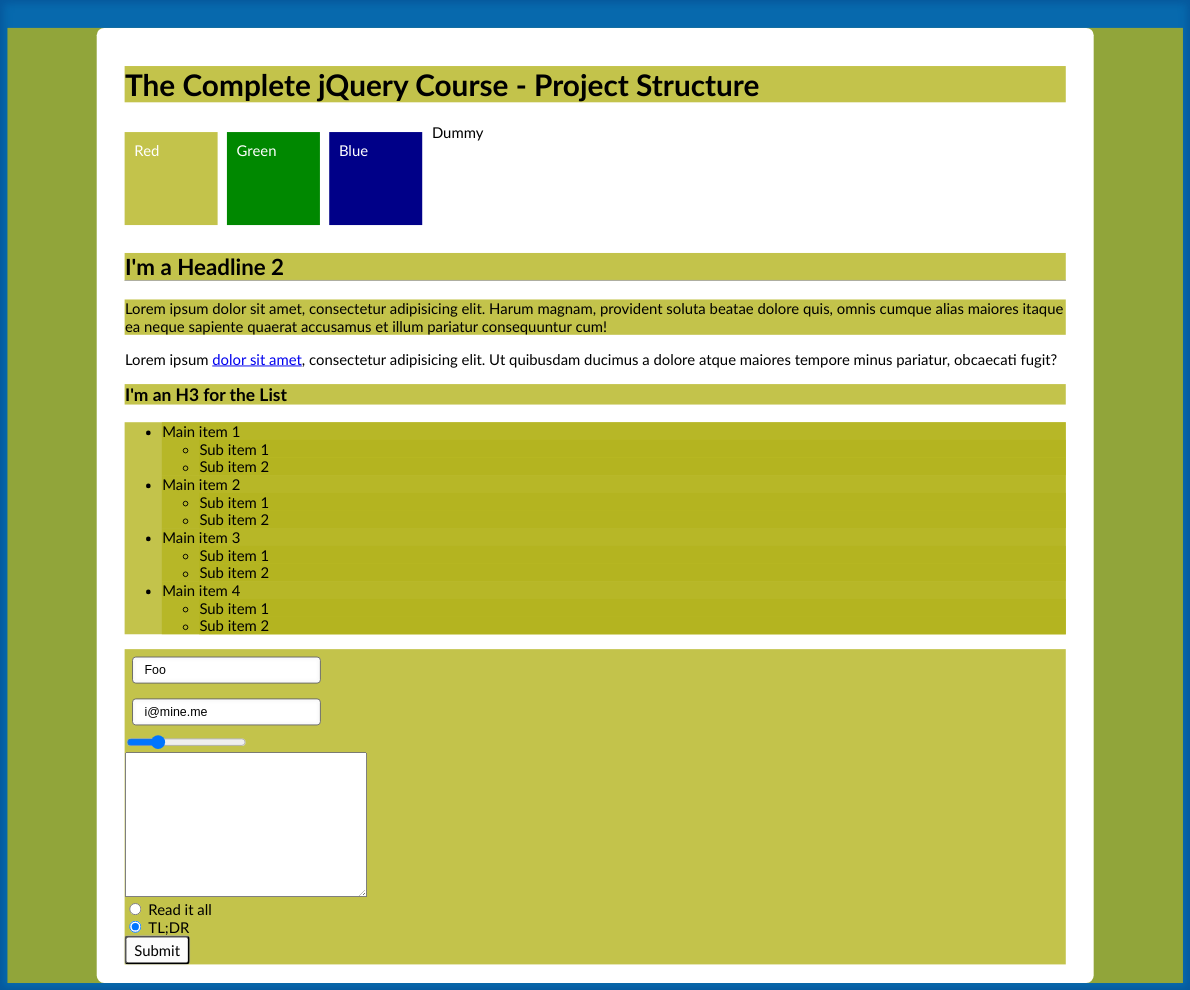
Repository: vpriyankaprabhu/Jquery-examples
Page: 05/add-remove-css-classes/index.html
These files come from the project's save history. The page is drawn as it stood at one moment and after the next save; the edit follows.
The browser window is 1280 px wide. The pictures show the whole page, at 93% of full size.

Above is the page before, as saved 2024-12-30 13:18:12.

After the next save:
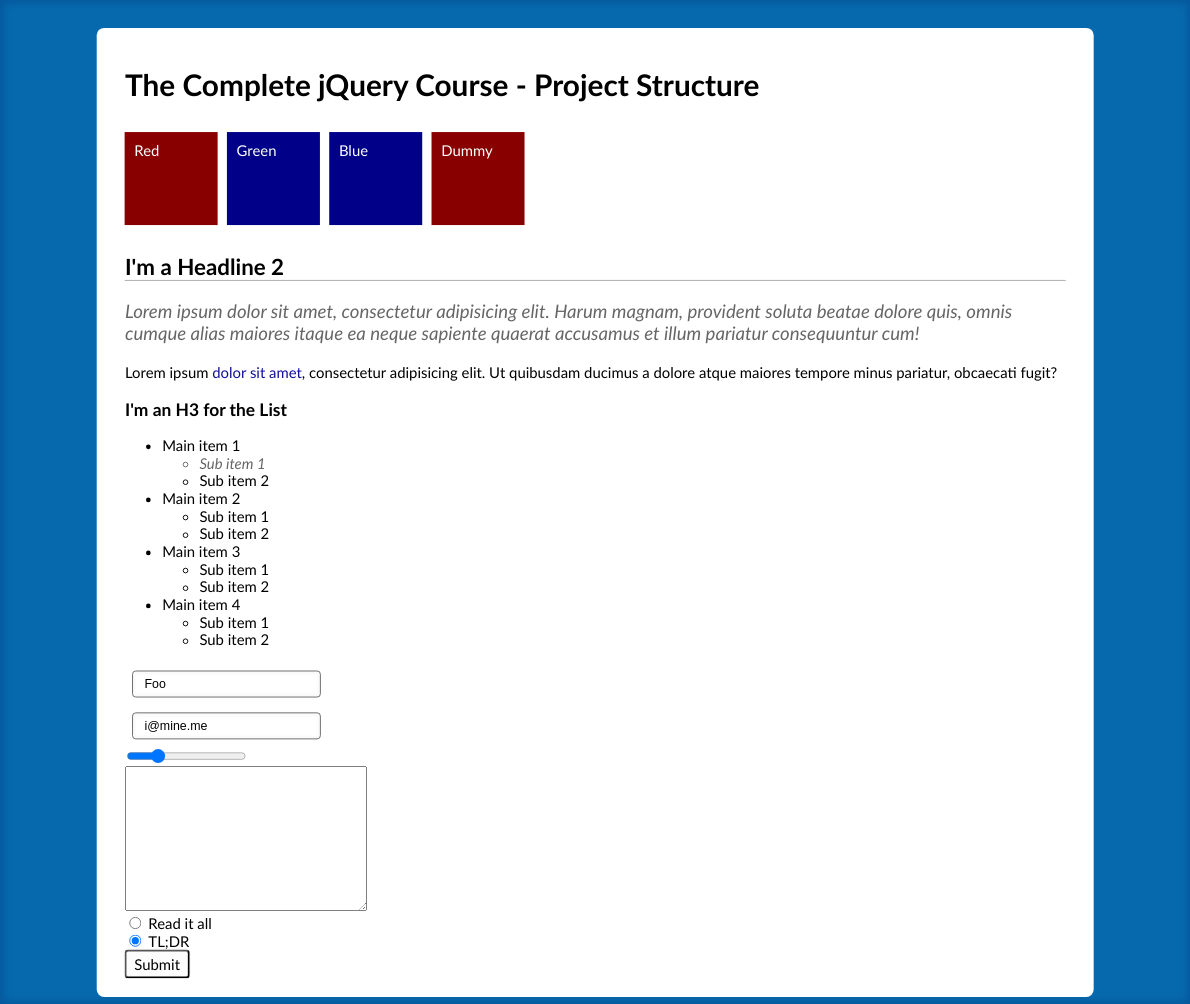
Saved 10 s later.
--- a/05/add-remove-css-classes/js/script.js
+++ b/05/add-remove-css-classes/js/script.js
@@ -1,48 +1,36 @@
 $(function () {
 
-  // NOTE: Some of the selectors below overlap. To see the exact effect of one
-  // of them, please comment out all others.
+  // Additional CSS classes can be added to an element via addClass()
 
-  // Select the #list and find all <li> tags it contains
-  // This contains even indirect children further down in the hierarchy
-  var items = $("#list").find("li");
-  highlight(items);
+  // For instance, add the class .fancy-link to all anchor tags.
+  // Note that you *do not* add a dot in front of the class name here.
+  $("a").addClass("fancy-link");
 
-  // Select the #list and find only <li> that are *direct* children
-  // Note that this will still produce a yellow background around the whole list
-  // because the direct children <li> have enough height to contain their children
-  // var children = $("#list").children("li");
-  // highlight(children);
+  // You can also add multiple classes at once.
+  $("p:first").addClass("large emphasize");
 
-  // Search for even non-direct parents
-  var body = $("#list").parents("body");
-  highlight(body);
+  // To attach a class based on the index of the element in your selected
+  // set of elements, you can use a callback function.
+  $("li li").addClass(function(index) {
+    // This adds classes .item-0, .item-1, ... to the list's sub-items.
+    $(this).addClass("item-" + index);
+  });
 
-  // Select the (unique) direct parent of an element
-  var content = $("#list").parent();
-  // highlight(content);
+  // You can even use two parameters for the callback function, the index
+  // and the current class of the element.
+  $("div").addClass(function(index, currentClasses) {
+    console.log(currentClasses);  // String containing all classes
 
-  // Search through siblings on the same level in the HTML hierarchy
-  var siblingHeadlines = $("#list").siblings(":header");
-  highlight(siblingHeadlines);
+    // Add .red-box if the current classes contain "dummy"
+    if (currentClasses.indexOf("dummy") !== -1) {
+      return "red-box";
+    }
+  });
 
-  // Select the previous sibling of a selected element
-  var previous = $("#list").prev();
-  highlight(previous);
+  // You can again chain these calls to switch one class for another.
+  $(".green-box").removeClass("green-box").addClass("blue-box");
 
-  // Select the next sibling of a selected element
-  var next = $("#list").next();
-  highlight(next);
-
-  var headerNextElements = $(":header").next();
-  highlight(headerNextElements);
-
-  var passwordInputElements = $("input[type=password]");
-  highlight(passwordInputElements);
+  // To quickly toggle one particular CSS class, use toggleClass().
+  $("li li:first").toggleClass("emphasize");
 
 });
-
-// Helper function which highlights the given element with yellow background
-function highlight(element) {
-  element.css("background-color", "rgba(180, 180, 30, 0.8)");
-}
